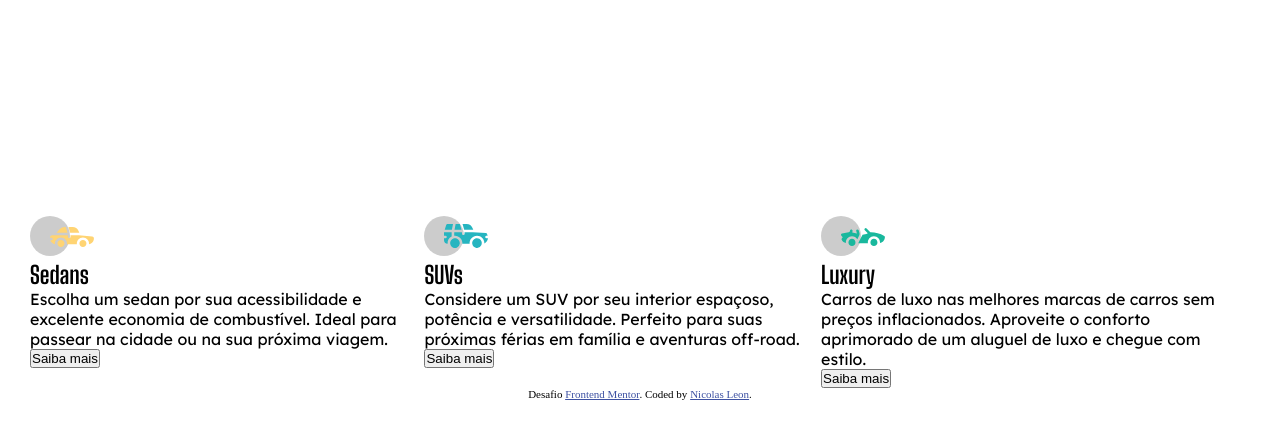
Repository: Leonngc/Car-cards
Page: index.html
An editor plug-in stored every save of this project. The page is shown before and after a run of saves, followed by the edit.
The browser window is 1280 px wide. The pictures show the whole page.

Above is the page before, as saved 2023-01-17 12:21:26.

### index.html
<!DOCTYPE html>
<html lang="pt-br">
  <head>
    <meta charset="UTF-8" />
    <meta name="viewport" content="width=device-width, initial-scale=1.0" />
    <!-- displays site properly based on user's device -->

    <link
      rel="icon"
      type="image/png"
      sizes="32x32"
      href="./images/favicon-32x32.png"
    />

    <link rel="stylesheet" href="styles/style.css" />

    <title>Frontend Mentor | 3-column preview card component</title>

    <!-- Feel free to remove these styles or customise in your own stylesheet 👍 -->
    <style>
      .attribution {
        font-size: 11px;
        text-align: center;
      }
      .attribution a {
        color: hsl(228, 45%, 44%);
      }
    </style>
  </head>
  <body>
    <main>
      <div class="card" id="sedan">
        <div class="image"><img src="images/icon-sedans.svg" alt="" /></div>
        <h2>Sedans</h2>
        <p>
          Escolha um sedan por sua acessibilidade e excelente economia de
          combustível. Ideal para passear na cidade ou na sua próxima viagem.
        </p>
        <button>Saiba mais</button>
      </div>
      <div class="card" id="suv">
        <div class="image"><img src="images/icon-suvs.svg" alt="" /></div>

        <h2>SUVs</h2>
        <p>
          Considere um SUV por seu interior espaçoso, potência e versatilidade.
          Perfeito para suas próximas férias em família e aventuras off-road.
        </p>
        <button>Saiba mais</button>
      </div>
      <div class="card" id="luxury">
        <div class="image"><img src="images/icon-luxury.svg" alt="" /></div>
        <h2>Luxury</h2>
        <p>
          Carros de luxo nas melhores marcas de carros sem preços inflacionados.
          Aproveite o conforto aprimorado de um aluguel de luxo e chegue com
          estilo.
        </p>
        <button>Saiba mais</button>
      </div>
    </main>

    <footer class="attribution">
      Desafio
      <a href="https://www.frontendmentor.io?ref=challenge" target="_blank"
        >Frontend Mentor</a
      >. Coded by <a href="#">Nicolas Leon</a>.
    </footer>
  </body>
</html>

### styles/style.css
@import url('https://fonts.googleapis.com/css2?family=Lexend+Deca&display=swap');

@import url('https://fonts.googleapis.com/css2?family=Big+Shoulders+Display:wght@700&display=swap');

*{
    margin: 0 auto;
    padding: 0;
}

:root{
    --font-body: 'Lexend Deca', sans-serif;

    --font-title: 'Big Shoulders Display', cursive;
}

h2{
    font-family: var(--font-title);
}

.card > p{
    font-family: var(--font-body);
}

main{
    display: flex;
    margin: auto;
    margin-top: 30vh;
    margin-left: 30px;
    margin-right: 30px;
}

.card{
    margin-right: 10px;
}

After the next 2 saves:
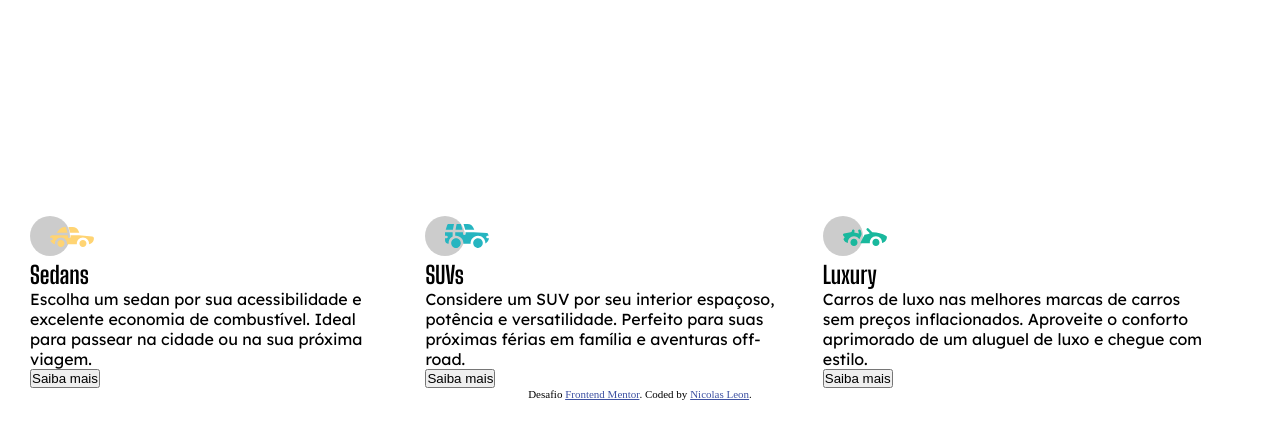
The 2 saves are shown as one change because they came seconds apart.
The last was saved 7 s later.
--- a/styles/style.css
+++ b/styles/style.css
@@ -30,5 +30,5 @@
 }
 
 .card{
-    margin-right: 10px;
+    margin-right: 40px;
 }
